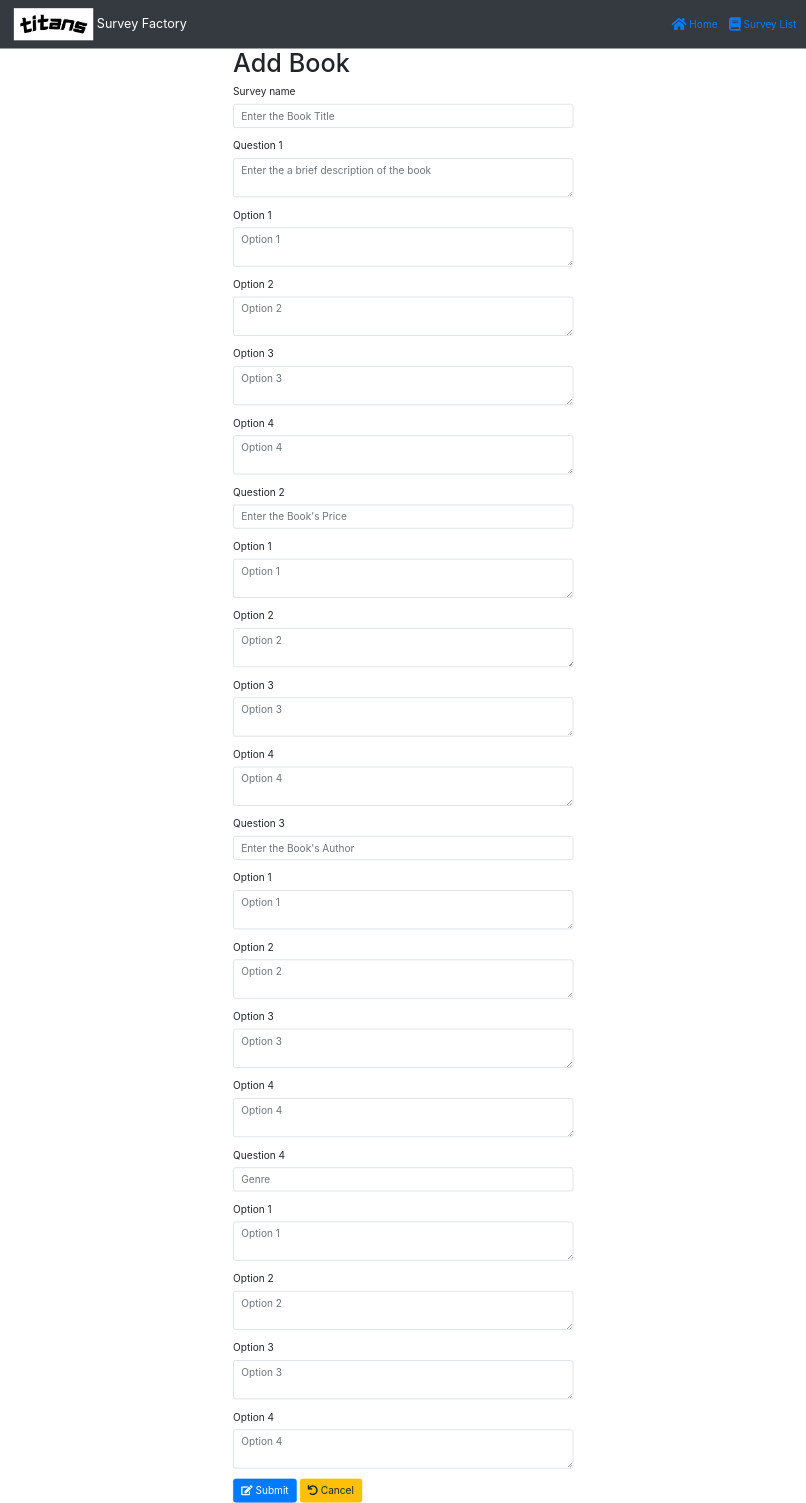
Repository: lord-NAVY/titans
Page: http://localhost/book-list/add
These files come from the project's save history. The page is drawn as it stood at one moment and after the next save; the edit follows.
The browser window is 1280 px wide. The pictures show the whole page, at 63% of full size.
The page is served by the project's Node server (server.js). Other server files are loaded and not shown.

Above is the page before, as saved 2021-11-09 22:05:55.

### server/views/book/details.ejs
<%- include ../partials/header.ejs %>

<%- include ../partials/main_nav.ejs %>

<!-- Content for the Add page -->
<div class="container">
    <div class="row">
        <div class="offset-md-3 col-md-6">
            <h1><%= title %></h1>

            <form class="form" method="POST">
                <div class="form-group">
                    <label for="titleTextField">Survey name</label>
                    <input type="text" class="form-control"
                    id="titleTextField"
                    placeholder="Enter the Book Title"
                    name="Title" required>
                </div>

                <div class="form-group">
                    <label for="descriptionTextArea">Question 1</label>
                    <textarea type="text" class="form-control"
                    id="descriptionTextArea"
                    placeholder="Enter the a brief description of the book"
                    name="Description" required></textarea>
                </div>

                 <!--Options for question 1-->
                 <div class="form-group">
                    <label for="Option1aTextArea">Option 1</label>
                    <textarea type="text" class="form-control"
                    id="Option1aTextArea"
                    placeholder="Option 1"
                    name="Option1a" required></textarea>
                </div>
                  <div class="form-group">
                    <label for="Option2aTextArea">Option 2</label>
                    <textarea type="text" class="form-control"
                    id="Option2aTextArea"
                    placeholder="Option 2"
                    name="Option2a" required></textarea>
                </div>
                  <div class="form-group">
                    <label for="Option3aTextArea">Option 3</label>
                    <textarea type="text" class="form-control"
                    id="Option3aTextArea"
                    placeholder="Option 3"
                    name="Option3a" required></textarea>
                </div>
                  <div class="form-group">
                    <label for="Option4aTextArea">Option 4</label>
                    <textarea type="text" class="form-control"
                    id="Option4aTextArea"
                    placeholder="Option 4"
                    name="Option4a" required></textarea>
                </div>
                <!--Options for question1 1 end-->

                <div class="form-group">
                    <label for="priceTextField">Question 2</label>
                    <input type="text" class="form-control"
                    id="priceTextField"
                    placeholder="Enter the Book's Price"
                    name="Price" required>
                </div>

                 <!--Options for question 2-->
                 <div class="form-group">
                    <label for="Option1bTextArea">Option 1</label>
                    <textarea type="text" class="form-control"
                    id="Option1bTextArea"
                    placeholder="Option 1"
                    name="Option1b" required></textarea>
                </div>
                  <div class="form-group">
                    <label for="Option2bTextArea">Option 2</label>
                    <textarea type="text" class="form-control"
                    id="Option2bTextArea"
                    placeholder="Option 2"
                    name="Option2b" required></textarea>
                </div>
                  <div class="form-group">
                    <label for="Option3bTextArea">Option 3</label>
                    <textarea type="text" class="form-control"
                    id="Option3bTextArea"
                    placeholder="Option 3"
                    name="Option3b" required></textarea>
                </div>
                  <div class="form-group">
                    <label for="Option4bTextArea">Option 4</label>
                    <textarea type="text" class="form-control"
                    id="Option4bTextArea"
                    placeholder="Option 4"
                    name="Option4b" required></textarea>
                </div>
                <!--Options for question 2 end-->

                <div class="form-group">
                    <label for="authorTextField">Question 3</label>
                    <input type="text" class="form-control"
                    id="authorTextField"
                    placeholder="Enter the Book's Author"
                    name="Author" required>
                </div>

                 <!--Options for question 3-->
                 <div class="form-group">
                    <label for="Option1cTextArea">Option 1</label>
                    <textarea type="text" class="form-control"
                    id="Option1cTextArea"
                    placeholder="Option 1"
                    name="Option1c" required></textarea>
                </div>
                  <div class="form-group">
                    <label for="Option2cTextArea">Option 2</label>
                    <textarea type="text" class="form-control"
                    id="Option2cTextArea"
                    placeholder="Option 2"
                    name="Option2c" required></textarea>
                </div>
                  <div class="form-group">
                    <label for="Option3cTextArea">Option 3</label>
                    <textarea type="text" class="form-control"
                    id="Option3cTextArea"
                    placeholder="Option 3"
                    name="Option3c" required></textarea>
                </div>
                  <div class="form-group">
                    <label for="Option4cTextArea">Option 4</label>
                    <textarea type="text" class="form-control"
                    id="Option4cTextArea"
                    placeholder="Option 4"
                    name="Option4c" required></textarea>
                </div>
                <!--Options for question 3 end-->

                <div class="form-group">
                    <label for="genreTextField">Question 4</label>
                    <input type="text" class="form-control"
                    id="genreTextField"
                    placeholder="Genre"
                    name="Genre" required>
                </div>


               <!--Options for question 4-->
                 <div class="form-group">
                    <label for="Option1dTextArea">Option 1</label>
                    <textarea type="text" class="form-control"
                    id="Option1dTextArea"
                    placeholder="Option 1"
                    name="Option1d" required></textarea>
                </div>
                  <div class="form-group">
                    <label for="Option2dTextArea">Option 2</label>
                    <textarea type="text" class="form-control"
                    id="Option2dTextArea"
                    placeholder="Option 2"
                    name="Option2d" required></textarea>
                </div>
                  <div class="form-group">
                    <label for="Option3dTextArea">Option 3</label>
                    <textarea type="text" class="form-control"
                    id="Option3dTextArea"
                    placeholder="Option 3"
                    name="Option3d" required></textarea>
                </div>
                  <div class="form-group">
                    <label for="Option4dTextArea">Option 4</label>
                    <textarea type="text" class="form-control"
                    id="Option4dTextArea"
                    placeholder="Option 4"
                    name="Option4d" required></textarea>
                </div>
                <!--Options for question 4 end-->

                <button class="btn btn-primary" type="submit">
                    <i class="fas fa-edit"></i> Submit</button>

                    <a href="/book-list" class="btn btn-warning">
                        <i class="fas fa-undo"></i> Cancel</a>

            </form>
        </div>

    </div>
</div>





<%- include ../partials/footer.ejs %>

### server/views/partials/main_nav.ejs
<!-- Main Navigation -->
  <nav class="navbar navbar-expand-lg navbar-dark bg-dark">
      <a class="navbar-brand" href="/"><i class="fa fa-bookmark-o"></i> <img src="assets/images/logo.png" width="20%"> Survey Factory</a>
    <button class="navbar-toggler" type="button" data-toggle="collapse" data-target="#navbarSupportedContent" aria-controls="navbarSupportedContent" aria-expanded="false" aria-label="Toggle navigation">
      <span class="navbar-toggler-icon"></span>
    </button>

    <div class="collapse navbar-collapse" id="navbarSupportedContent">
      <ul class="navbar-nav ml-auto">

           <% if(title == "Home") { %>
          <li class="active"><a href="/"><i class="fa fa-home fa-lg"></i> Home   &nbsp; &nbsp; </a></li>
        <% } else { %>
          <li><a href="/"><i class="fa fa-home fa-lg"></i> Home &nbsp; &nbsp;   </a></li>
        <% } %>

          <% if(title == "books") { %>
          <li class="active"><a href="/books"><i class="fa fa-book fa-lg">
          </i>    Survey List</a></li>
          <% } else { %>
            <li><a href="/book-list"><i class="fa fa-book fa-lg">
            </i>   Survey List</a></li>
          <% } %>
</ul>
    </div>
  </nav>

### server.js
#!/usr/bin/env node

/* server.js
Students's name: Arshpreet Singh
StudentID: 301174738
Date: 31 October, 2021
*/

/**
 * Module dependencies.
 */

var app = require('./server/config/app');
var debug = require('debug')('week-4:server');
var http = require('http');

/**
 * Get port from environment and store in Express.
 */

var port = normalizePort(process.env.PORT || '3000');
app.set('port', port);

/**
 * Create HTTP server.
 */

var server = http.createServer(app);

/**
 * Listen on provided port, on all network interfaces.
 */

server.listen(port);
server.on('error', onError);
server.on('listening', onListening);

/**
 * Normalize a port into a number, string, or false.
 */

function normalizePort(val) {
  var port = parseInt(val, 10);

  if (isNaN(port)) {
    // named pipe
    return val;
  }

  if (port >= 0) {
    // port number
    return port;
  }

  return false;
}

/**
 * Event listener for HTTP server "error" event.
 */

function onError(error) {
  if (error.syscall !== 'listen') {
    throw error;
  }

  var bind = typeof port === 'string'
    ? 'Pipe ' + port
    : 'Port ' + port;

  // handle specific listen errors with friendly messages
  switch (error.code) {
    case 'EACCES':
      console.error(bind + ' requires elevated privileges');
      process.exit(1);
      break;
    case 'EADDRINUSE':
      console.error(bind + ' is already in use');
      process.exit(1);
      break;
    default:
      throw error;
  }
}

/**
 * Event listener for HTTP server "listening" event.
 */

function onListening() {
  var addr = server.address();
  var bind = typeof addr === 'string'
    ? 'pipe ' + addr
    : 'port ' + addr.port;
  debug('Listening on ' + bind);
}

### server/controllers/book.js
/* book.js
Students's name: Arshpreet Singh
StudentID: 301174738
Date: 31 October, 2021
Web app name: COMP229-F2021-MidTerm-301174738
*/

let express = require('express');
let router = express.Router();
let mongoose = require('mongoose');

// create a reference to the model
let Book = require('../models/book');

module.exports.displayBookList = (req, res, next) => {
    Book.find((err, bookList) => {
        if(err)
        {
            return console.error(err);
        }
        else
        {
            //console.log(BookList);

            res.render('book/index', {title: 'Books', BookList: bookList});
        }
    });
}

module.exports.displayAddPage = (req, res, next) => {
    res.render('book/details', {title: 'Add Book'})
}

module.exports.processAddPage = (req, res, next) => {
    let newBook = Book({
        "Title": req.body.Title,
        "Author": req.body.Author,
        "Genre": req.body.Genre,
        "Description": req.body.Description,
        "Price": req.body.Price,
        "Option1a": req.body.Option1a,
        "Option2a": req.body.Option2a,
        "Option3a": req.body.Option3a,
        "Option4a": req.body.Option4a,

        "Option1b": req.body.Option1b,
        "Option2b": req.body.Option2b,
        "Option3b": req.body.Option3b,
        "Option4b": req.body.Option4b,

        "Option1c": req.body.Option1c,
        "Option2c": req.body.Option2c,
        "Option3c": req.body.Option3c,
        "Option4c": req.body.Option4c,

        "Option1d": req.body.Option1d,
        "Option2d": req.body.Option2d,
        "Option3d": req.body.Option3d,
        "Option4d": req.body.Option4d
    });

    Book.create(newBook, (err, Book) =>{
        if(err)
        {
            console.log(err);
            res.end(err);
        }
        else
        {
            // refresh the book list
            res.redirect('/book-list');
        }
    });

}

module.exports.displayEditPage = (req, res, next) => {
    let id = req.params.id;

    Book.findById(id, (err, bookToEdit) => {
        if(err)
        {
            console.log(err);
            res.end(err);
        }
        else
        {
            //show the edit view
            res.render('book/edit', {title: 'Edit Book', book: bookToEdit})
        }
    });
}

module.exports.processEditPage = (req, res, next) => {
    let id = req.params.id

    let updatedBook = Book({
        "_id": id,
        "Title": req.body.Title,
        "Author": req.body.Author,
        "Genre": req.body.Genre,
        "Description": req.body.Description,
        "Price": req.body.Price,
        "Option1a": req.body.Option1a,
        "Option2a": req.body.Option2a,
        "Option3a": req.body.Option3a,
        "Option4a": req.body.Option4a,

        "Option1b": req.body.Option1b,
        "Option2b": req.body.Option2b,
        "Option3b": req.body.Option3b,
        "Option4b": req.body.Option4b,

        "Option1c": req.body.Option1c,
        "Option2c": req.body.Option2c,
        "Option3c": req.body.Option3c,
        "Option4c": req.body.Option4c,

        "Option1d": req.body.Option1d,
        "Option2d": req.body.Option2d,
        "Option3d": req.body.Option3d,
        "Option4d": req.body.Option4d
    });

    Book.updateOne({_id: id}, updatedBook, (err) => {
        if(err)
        {
            console.log(err);
            res.end(err);
        }
        else
        {
            // refresh the book list
            res.redirect('/book-list');
        }
    });
}

module.exports.performDelete = (req, res, next) => {
    let id = req.params.id;

    Book.remove({_id: id}, (err) => {
        if(err)
        {
            console.log(err);
            res.end(err);
        }
        else
        {
             // refresh the book list
             res.redirect('/book-list');
        }
    });
}

### public/Content/app.css
/* app.css
Students's name: Arshpreet Singh
StudentID: 301174738
Date: 31 October, 2021
Web app name: COMP229-F2021-MidTerm-301174738
*/

/* custom css goes here */

### public/Scripts/app.js
/* app.js
Students's name: Arshpreet Singh
StudentID: 301174738
Date: 31 October, 2021
Web app name: COMP229-F2021-MidTerm-301174738
*/

// IIFE -- Immediately Invoked Function Expression
(function(){

    function Start()
    {
        console.log("App Started...");

        let deleteButtons = document.querySelectorAll('.btn-danger');

        for(button of deleteButtons)
        {
            button.addEventListener('click', (event)=>{
                if(!confirm("Are you sure?"))
                {
                    event.preventDefault();
                    window.location.assign('/book-list');
                }
            });
        }
    }

    window.addEventListener("load", Start);

})();

Loaded but not shown: server/views/partials/header.ejs (common file); server/views/partials/footer.ejs (common file)

After the next save:
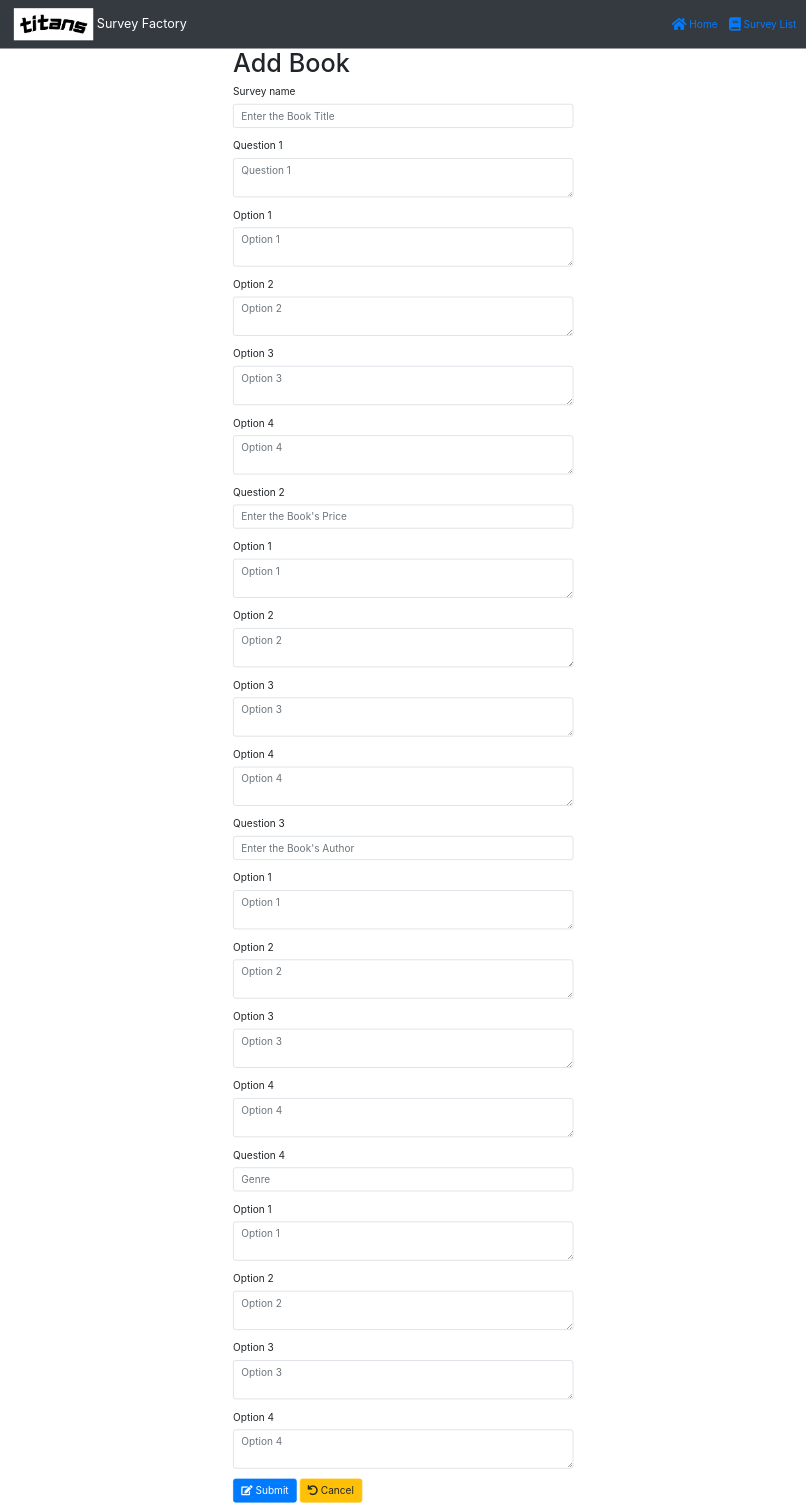
Saved 4 min 39 s later.
--- a/server/views/book/details.ejs
+++ b/server/views/book/details.ejs
@@ -21,7 +21,7 @@
                     <label for="descriptionTextArea">Question 1</label>
                     <textarea type="text" class="form-control"
                     id="descriptionTextArea"
-                    placeholder="Enter the a brief description of the book"
+                    placeholder="Question 1"
                     name="Description" required></textarea>
                 </div>
 
